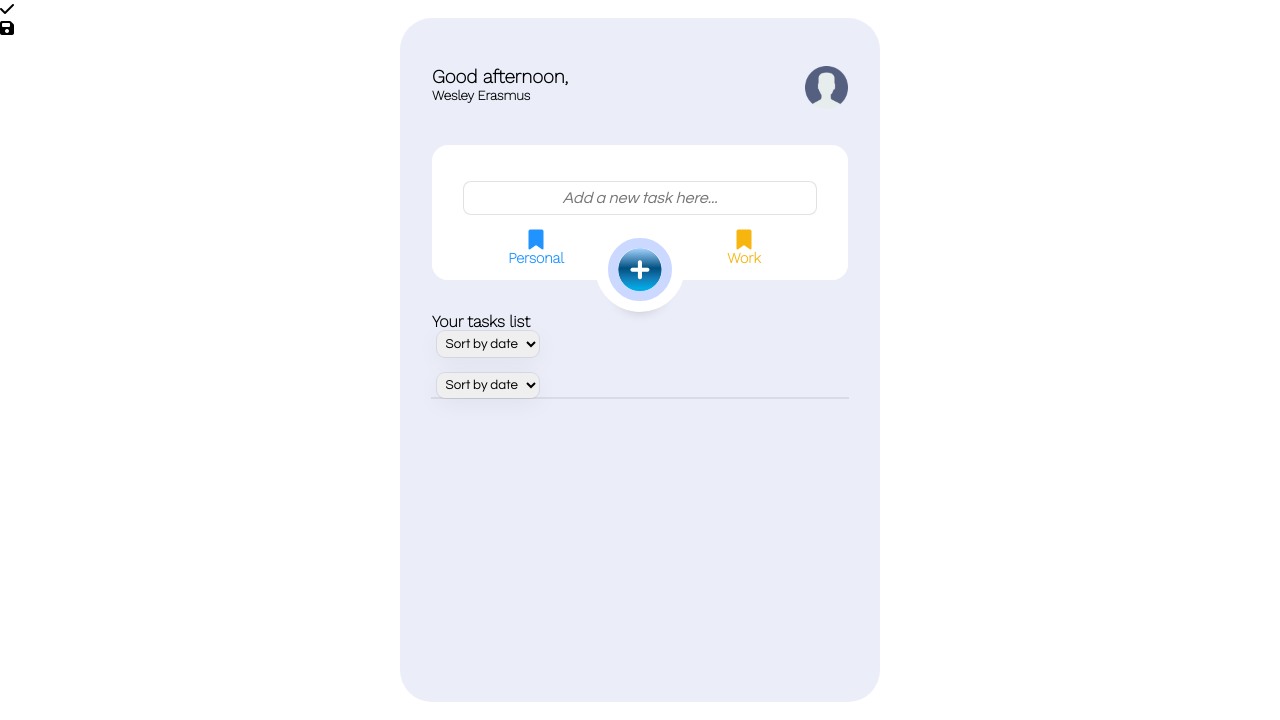
Repository: WesleyErasmus/Todo-App
Page: todoApp.html
An editor plug-in stored every save of this project. The page is shown before and after the next save, followed by the edit.
The browser window is 1280 px wide. The pictures show the whole page.
Some web libraries are served in a nearby version.

Above is the page before, as saved 2022-06-13 15:07:53.

### todoApp.html
<!DOCTYPE html>
<html lang="en">
<head>
    <meta charset="UTF-8">
    <meta http-equiv="X-UA-Compatible" content="IE=edge">
    <meta name="viewport" content="width=device-width, initial-scale=1.0">
    <title>Todo App</title>
    <script src="https://kit.fontawesome.com/81ea498f91.js" crossorigin="anonymous"></script>
    <link rel="stylesheet" href="/source/css/todoApp.css">
    <script src="/source/script/todoApp.js" defer></script>
</head>
<body>
    <!-- App wrapper -->
    <main class="app-wrapper">
        <!-- App header -->
        <header>
            <!-- Greeting and Name -->
            <div>
                <h3>Good afternoon, </h3>
                <h5>Wesley Erasmus</h5>
            </div>
            <!-- Profile picture -->
            <div id="profile-picture">
                <img src="/images/user.png" alt="" style="width: 43px;">
            </div>
        </header>

        <!-- Categories section -->
        <section>
        <form id="todo-list-form">
            <div class="create-submit">
                <input type="text" name="create-task" id="create-task" placeholder="Add a new task here..." />
                <button id="add-task-btn" type="submit" value="create-new-task">
                    <i class="fa-solid fa-circle-plus"></i>
                </button>
                <div class="circle"></div>
            </div>


            <div class="category-selectors">
                <!-- Personal category (make to assign as default, unless user selects work category) -->
                <label id="personal-category-btn">
                    <input type="radio" name="category" value="Personal" id="personal-category" /><i class="fa-solid fa-bookmark"></i><h4 class="category-h4">Personal</h4>
                </label>
                <!-- Work category -->
                <label id="work-category-btn">
                    <input type="radio" name="category" value="Work" id="work-category" />
                    <i class="fa-solid fa-bookmark"></i>
                    <h4 class="category-h4">Work</h4>
                </label>
            </div>
            <!-- End of radio categories div -->
            <!-- <div class="create-submit">
            <input type="text" name="create-task" id="create-task" placeholder="Create a new task..." />
            <button id="add-task-btn" type="submit" value="create-new-task">
                <i class="fa-solid fa-circle-plus"></i>
            </button>
        </div>  -->
        </form>
        </section>

        <!-- Task list is created here, new tasks are outputted below -->
        <section class="todo-list-output">
            <div id="list-header">
            <div>Your tasks list
            <div>
                <select name="filter" id="filter">
                <option value="Date">Sort by date</option>
                <option value="Name">Sort by title</option>
                </select>
            </div>
        </div>
            </div>
            <!-- SEARCH BAR -->
            <div id="search-filter-section">
                <!-- <form id="search-bar">
                <input type="text"
                id="search-bar"
                placeholder="Search for task...">
                <button type="submit"><i class="fa fa-search"
                id="search-submit-btn"></i></button>
                </form> -->
                <!-- Classic filter dropdown -->
                <div>
                    <select name="filter" id="filter">
                    <option value="Date">Sort by date</option>
                    <option value="Name">Sort by title</option>
                    </select>
                </div>

                </div>
            <!-- Actual task list output -->
            <div class="tasks" id="tasks">

                <!-- <div class="dummy-task">

                    <div class="task-name">
                        <input type="text"
                        class="text"
                        value="dummy task"
                        readonly>
                        <div class="edit-delete">
                            <button class="edit"><i class="fa-solid fa-pencil"></i></button>
                            <button class="delete"><i class="fa fa-trash" aria-hidden="true"></i></button>
                        </div>
                    </div>
                </div>

                <div class="dummy-task">

                    <div class="task-name">
                        <input type="text"
                        class="text"
                        value="dummy task"
                        readonly>
                        <div class="edit-delete">
                            <button class="edit"><i class="fa-solid fa-pencil"></i></button>
                            <button class="delete"><i class="fa fa-trash" aria-hidden="true"></i></button>
                        </div>
                    </div>
                </div>

                <div class="dummy-task">

                    <div class="task-name">
                        <input type="text"
                        class="text"
                        value="dummy task"
                        readonly>
                        <div class="edit-delete">
                            <button class="edit"><i class="fa-solid fa-pencil"></i></button>
                            <button class="delete"><i class="fa fa-trash" aria-hidden="true"></i></button>
                        </div>
                    </div>
                </div> -->

            </div>

        </section>

    </main> <!-- End of App wrapper -->
        <!-- Save icon and task complete icon -->
                <li><i class="fa-solid fa-check"></i></li>
                <li><i class="fa-solid fa-floppy-disk"></i></li>

</body>
</html>

### source/css/todoApp.css
@import url("https://fonts.googleapis.com/css2?family=Questrial&family=Work+Sans:wght@200&display=swap");

/* CSS Variables */
:root {
  /* --background-color: #e2e6ee; */
  --background-color: #EBEEF9;
  --background: #fff;
  --work: #f6b50f;
  --personal: #2093ff;
  --placeholder-text: #444444bc;
  --delete: #ff5e5ee3;
  --grey: #a9a9a9;
  --dark-grey: #444444;

  /* Gradient */
  --primary-gradient: -webkit-linear-gradient(
    top,
    #a7d4ff 0%,
    #005081 47%,
    #147bb6 70%,
    #00abe5 94%,
    #02a8e4 100%
  );

  /* Box-shadow */
  --box-shadow: rgba(0, 0, 0, 0.05) 0px 6px 24px 0px,
    rgba(0, 0, 0, 0.08) 0px 0px 0px 1px;
  /* Text-shadow */
  --text-shadows: rgba(0, 0, 0, 0.24) 0px 3px 8px;
}

/* Universal selector styling */
* {
  font-family: "Work Sans", sans-serif;
  box-sizing: border-box;
  margin: 0;
  padding: 0;
  list-style: none;
}

/* Below removes input and checkbox default styling */
input:not([type="radio"]):not([type="checkbox"]),
button {
  appearance: none;
  border: none;
  outline: none;
  background: none;
  cursor: initial;
  font-family: "Questrial", sans-serif;
}

input[type="radio"] {
  display: none;
}

/* *** UNIVERSAL BUTTON STYLING *** */
button {
  appearance: none;
  border: none;
  outline: none;
  background: none;
  cursor: initial;
  cursor: pointer;
}

body {
  /* background-color: var(--grey); */
}

main {
  /* background-color: #e2e6ee; */
  background-color: var(--background-color);
  padding-top: 2rem;
  border-radius: 2rem;
  padding-left: 2rem;
  padding-right: 2rem;
  flex: 1 1 0%;
  align-items: center;
  justify-content: center;
  max-width: 480px;
  height: 95vh;
  width: 100%;
  position: absolute;
  top: 50%;
  left: 50%;
  margin-right: -50%;
  transform: translate(-50%, -50%);
}

section {
  margin-top: 1rem;
  margin-bottom: 2rem;
}

label {
  cursor: pointer;
}

/* STYLING FOR SORT BUTTON */
select {
  font-family: "Questrial", sans-serif;
  margin-left: 0.3rem;
  padding: 0.3rem;
  border: none;
  outline: 0;
  border-radius: 0.5rem;
  cursor: pointer;
  box-shadow: var(--box-shadow);
}
option {
  font-family: "Questrial", sans-serif;
}
/* END OF STYLING FOR SORT BUTTON */

header {
  display: flex;
  justify-content: space-between;
  padding: 1rem 0rem 1rem 0rem;
  border-radius: 1rem;
}

#todo-list-form {
  /* background-color: var(--background-color); */
  background-color: var(--background);
  border-radius: 1rem;
  padding-top: 1.75rem;
  margin: 0;
}

#create-task {
  display: block;
  width: 85%;
  font-size: 1rem;
  text-align: center;
  padding: 0.5rem 0rem 0.5rem 0rem;
  background-color: var(--background);
  /* background-color: var(--background-color); */
  border: none;
  border: 0.1px solid #a9a9a95a;
  border-radius: 0.5rem;
}
::placeholder {
  color: var(--placeholder-text);
  font-style: italic;
}

#add-task-btn {
  z-index: 10;
  position: absolute;
  display: block;
  margin: 0 auto;
  bottom: -86px;
  color: #ffffff;
  background: var(--primary-gradient);
  -webkit-background-clip: text;
  -webkit-text-fill-color: transparent;
  /* border: 10px solid #9ab1fe5d; */
  border: 10px solid #cbd8ff;
  border-radius: 9999px;
}

.circle {
  z-index: -1;
  position: absolute;
  bottom: -142px;
  left: 50%;
  margin-right: -50%;
  transform: translate(-50%, -50%);
  width: 90px;
  height: 90px;
  background-color: var(--background);
  border-bottom-left-radius: 100px;
  border-bottom-right-radius: 100px;
  border: none;
  box-shadow: rgba(0, 0, 0, 0.45) 0px 20px 15px -25px;
}

/* ADD TASK BUTTON SIZING */
.fa-circle-plus {
    /* Fix sizing! */
  /* font-size: 2.71rem; */
  font-size: 43.36px;
}

.create-submit {
  position: relative;
  display: flex;
  justify-content: center;
  align-items: center;
  text-align: center;
  margin-top: 0.5rem;
}

.create-task {
  text-align: center;
}

/* Work / personal category selector styling */
.category-selectors {
    display: flex;
    justify-content: center;
    align-items: center;
  }

  .category-selectors label {
    display: flex;
    flex-direction: column;
    justify-content: center;
    align-items: center;
    /* background-color: var(--background-color); */
    background-color: var(--background);
    padding: 0.75rem 2rem;
  }

  .fa-bookmark {
      font-size: 1.25rem;
  }

  #personal-category-btn {
    color: var(--personal);
    border-bottom-left-radius: 1rem;
  }

  #work-category-btn {
    color: var(--work);
    border-bottom-right-radius: 1rem;
  }

  #work-category-btn,
  #personal-category-btn {
    font-size: 0.9em;
    width: 100%;
    height: 65px;
    border: none;
    outline: none;
    /* background-color: #02a8e4; */
  }

#list-header {
  width: 80%;
  display: flex;
  justify-content: space-between;
  margin-bottom: 1rem;
  font-weight: bold;
}

#search-filter-section {
  display: flex;
  margin: 0 auto;
  justify-content: space-between;
  margin-top: 1rem;
  text-align: center;
  align-items: center;
}

/* SEARCH BAR STYLING */
#search-bar {
  position: relative;
  display: flex;
  justify-content: center;
  align-items: center;
  width: 47%;
}

#search-bar input {
  display: block;
  width: 100%;
  font-size: 0.9rem;
  padding: 0.5rem 1.5rem;
  padding-right: 0rem;
  background-color: var(--background);
  border-radius: 0.5rem;
  margin-bottom: 1rem;
  box-shadow: var(--box-shadow);
}

#search-submit-btn {
  position: absolute;
  display: block;
  right: 0rem;
  top: 0;
  background-color: var(--background);
  border-top-left-radius: 0.5rem;
  border-bottom-left-radius: 0.5rem;
  border-top-right-radius: 0.5rem;
  border-bottom-right-radius: 0.5rem;
  padding: 0.53rem;
  color: var(--grey);
}

#tasks {
  border-radius: 0.5rem;
  background-color: var(--background);
  box-shadow: var(--box-shadow);
}

#tasks .task-name {
  display: flex;
  justify-content: space-between;
  background-color: var(--background);
  padding: 1.75rem;
  margin-bottom: 0rem;
  margin: 0 1rem;
  border-bottom: 0.01px solid rgba(229, 225, 225, 0.919);
}

.dummy-task .task-name {
  flex: 1 1 0%;
}

.dummy-task .task-name .text {
  color: var(--dark-grey);
  width: 100%;
  display: block;
  transition: 0.4s;
}

.dummy-task .edit-delete {
  display: flex;
  margin: 0 -0.5rem;
}

/* Edit button styling */

.fa-pencil {
  /* ADD COLOR */
}

.fa-trash {
  color: var(--delete);
}

.dummy-task .edit-delete button {
  cursor: pointer;
  margin: 0 0.5rem;
  font-size: 0.8rem;
  font-weight: 700;
  text-transform: uppercase;
  transition: 0.4s;
}

### source/script/todoApp.js
// *** FILTER BTN SCRIPT ***

/* When the user clicks on the button,
toggle between hiding and showing the dropdown content */
// function myFunction() {
//     document.getElementById("myDropdown").classList.toggle("show");
//   }

//   // Close the dropdown if the user clicks outside of it
//   window.onclick = function(event) {
//     if (!event.target.matches('.dropbtn')) {
//       var dropdowns = document.getElementsByClassName("dropdown-content");
//       var i;
//       for (i = 0; i < dropdowns.length; i++) {
//         var openDropdown = dropdowns[i];
//         if (openDropdown.classList.contains('show')) {
//           openDropdown.classList.remove('show');
//         }
//       }
//     }
//   }
//   *** END OF FILTER BUTTON ***

After the next save:
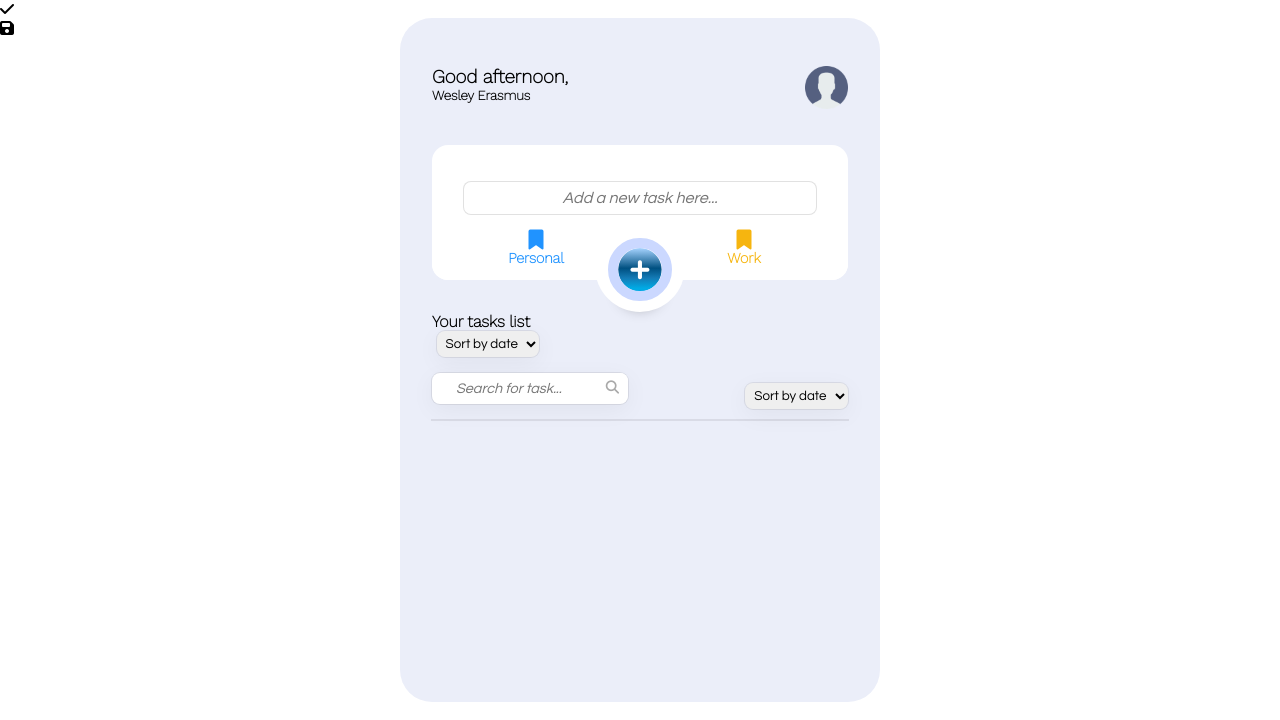
Saved 8 s later.
--- a/todoApp.html
+++ b/todoApp.html
@@ -73,13 +73,13 @@
             </div>
             <!-- SEARCH BAR -->
             <div id="search-filter-section">
-                <!-- <form id="search-bar">
+                <form id="search-bar">
                 <input type="text"
                 id="search-bar"
                 placeholder="Search for task...">
                 <button type="submit"><i class="fa fa-search"
                 id="search-submit-btn"></i></button>
-                </form> -->
+                </form>
                 <!-- Classic filter dropdown -->
                 <div>
                     <select name="filter" id="filter">

After the save that followed:
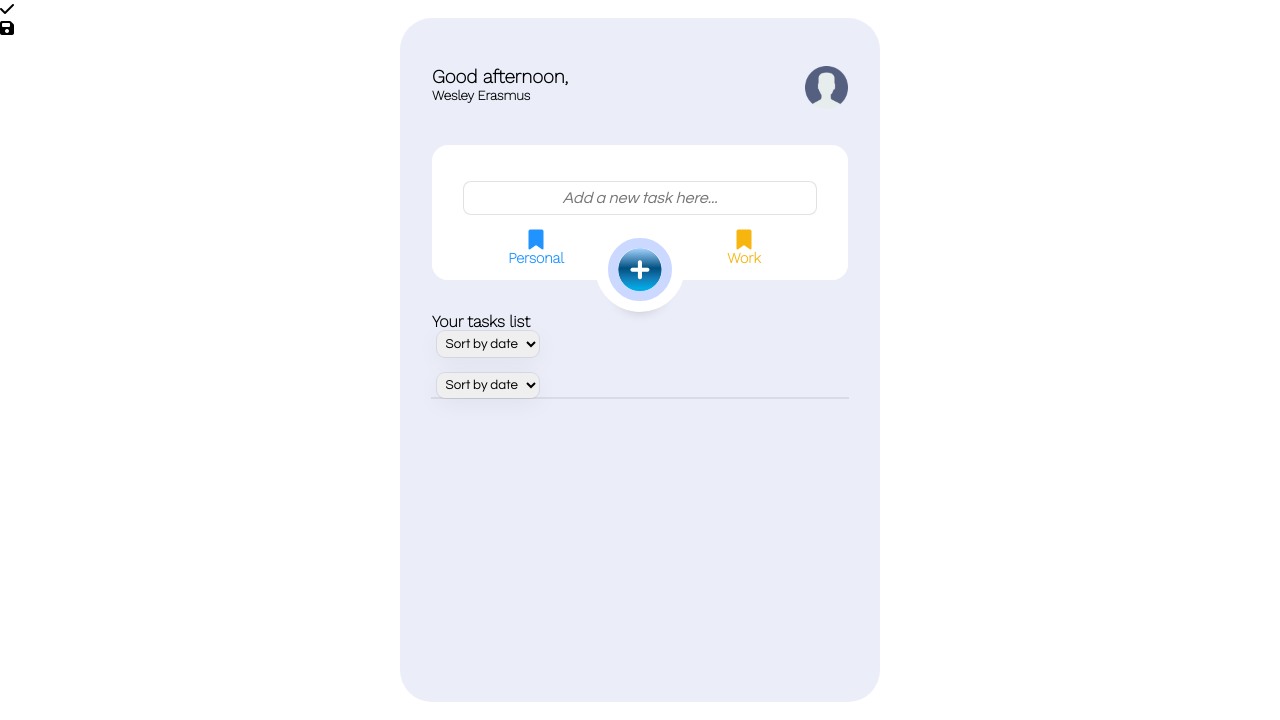
Saved 24 s later.
--- a/todoApp.html
+++ b/todoApp.html
@@ -73,13 +73,13 @@
             </div>
             <!-- SEARCH BAR -->
             <div id="search-filter-section">
-                <form id="search-bar">
+                <!-- <form id="search-bar">
                 <input type="text"
                 id="search-bar"
                 placeholder="Search for task...">
                 <button type="submit"><i class="fa fa-search"
                 id="search-submit-btn"></i></button>
-                </form>
+                </form> -->
                 <!-- Classic filter dropdown -->
                 <div>
                     <select name="filter" id="filter">
